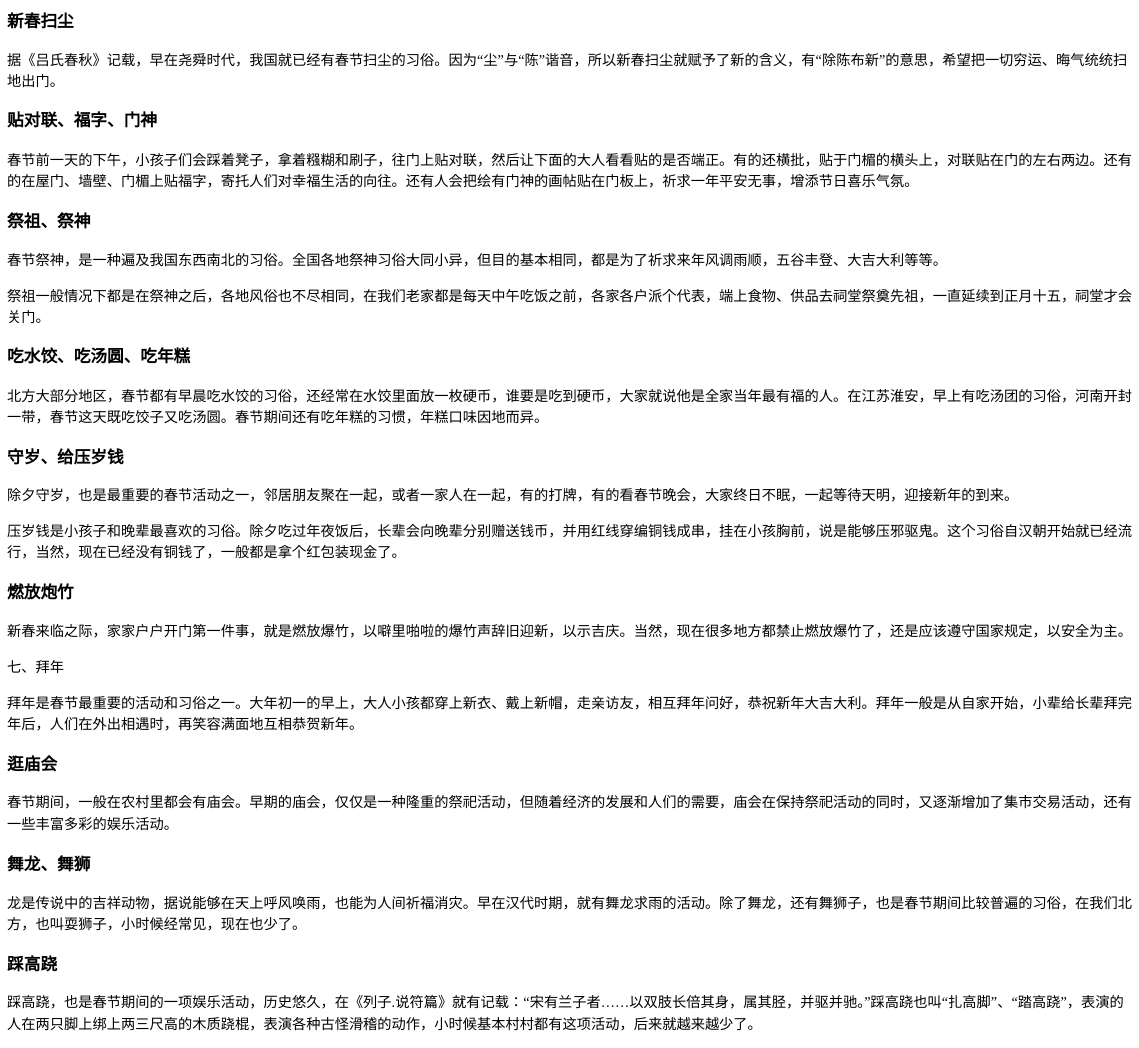
Repository: XueJie1/computer-operation-basics
Page: pages/springfes/customs.html
The author's editor kept a copy of each file at every save. The page is drawn from the files as they stood at one save, then again after the next save.
The browser window is 1280 px wide. The pictures show the whole page, at 89% of full size.

Above is the page before, as saved 2023-09-03 15:55:00.

### pages/springfes/customs.html
<h3>新春扫尘</h3>
<p>据《吕氏春秋》记载，早在尧舜时代，我国就已经有春节扫尘的习俗。因为“尘”与“陈”谐音，所以新春扫尘就赋予了新的含义，有“除陈布新”的意思，希望把一切穷运、晦气统统扫地出门。</p>
<h3>贴对联、福字、门神</h3>
<p>春节前一天的下午，小孩子们会踩着凳子，拿着糨糊和刷子，往门上贴对联，然后让下面的大人看看贴的是否端正。有的还横批，贴于门楣的横头上，对联贴在门的左右两边。还有的在屋门、墙壁、门楣上贴福字，寄托人们对幸福生活的向往。还有人会把绘有门神的画帖贴在门板上，祈求一年平安无事，增添节日喜乐气氛。
</p>
<h3>祭祖、祭神</h3>
<p>春节祭神，是一种遍及我国东西南北的习俗。全国各地祭神习俗大同小异，但目的基本相同，都是为了祈求来年风调雨顺，五谷丰登、大吉大利等等。</p>
<p>祭祖一般情况下都是在祭神之后，各地风俗也不尽相同，在我们老家都是每天中午吃饭之前，各家各户派个代表，端上食物、供品去祠堂祭奠先祖，一直延续到正月十五，祠堂才会关门。</p>
<h3>吃水饺、吃汤圆、吃年糕</h3>
<p>北方大部分地区，春节都有早晨吃水饺的习俗，还经常在水饺里面放一枚硬币，谁要是吃到硬币，大家就说他是全家当年最有福的人。在江苏淮安，早上有吃汤团的习俗，河南开封一带，春节这天既吃饺子又吃汤圆。春节期间还有吃年糕的习惯，年糕口味因地而异。
</p>
<h3>守岁、给压岁钱</h3>
<p>除夕守岁，也是最重要的春节活动之一，邻居朋友聚在一起，或者一家人在一起，有的打牌，有的看春节晚会，大家终日不眠，一起等待天明，迎接新年的到来。</p>
<p>压岁钱是小孩子和晚辈最喜欢的习俗。除夕吃过年夜饭后，长辈会向晚辈分别赠送钱币，并用红线穿编铜钱成串，挂在小孩胸前，说是能够压邪驱鬼。这个习俗自汉朝开始就已经流行，当然，现在已经没有铜钱了，一般都是拿个红包装现金了。</p>
<h3>燃放炮竹</h3>
<p>新春来临之际，家家户户开门第一件事，就是燃放爆竹，以噼里啪啦的爆竹声辞旧迎新，以示吉庆。当然，现在很多地方都禁止燃放爆竹了，还是应该遵守国家规定，以安全为主。</p>
<p>七、拜年</p>
<p>拜年是春节最重要的活动和习俗之一。大年初一的早上，大人小孩都穿上新衣、戴上新帽，走亲访友，相互拜年问好，恭祝新年大吉大利。拜年一般是从自家开始，小辈给长辈拜完年后，人们在外出相遇时，再笑容满面地互相恭贺新年。</p>
<h3>逛庙会</h3>
<p>春节期间，一般在农村里都会有庙会。早期的庙会，仅仅是一种隆重的祭祀活动，但随着经济的发展和人们的需要，庙会在保持祭祀活动的同时，又逐渐增加了集市交易活动，还有一些丰富多彩的娱乐活动。</p>
<h3>舞龙、舞狮</h3>
<p>龙是传说中的吉祥动物，据说能够在天上呼风唤雨，也能为人间祈福消灾。早在汉代时期，就有舞龙求雨的活动。除了舞龙，还有舞狮子，也是春节期间比较普遍的习俗，在我们北方，也叫耍狮子，小时候经常见，现在也少了。</p>
<h3>踩高跷</h3>
<p>踩高跷，也是春节期间的一项娱乐活动，历史悠久，在《列子.说符篇》就有记载：“宋有兰子者……以双肢长倍其身，属其胫，并驱并驰。”踩高跷也叫“扎高脚”、“踏高跷”，表演的人在两只脚上绑上两三尺高的木质跷棍，表演各种古怪滑稽的动作，小时候基本村村都有这项活动，后来就越来越少了。
</p>

After the next save:
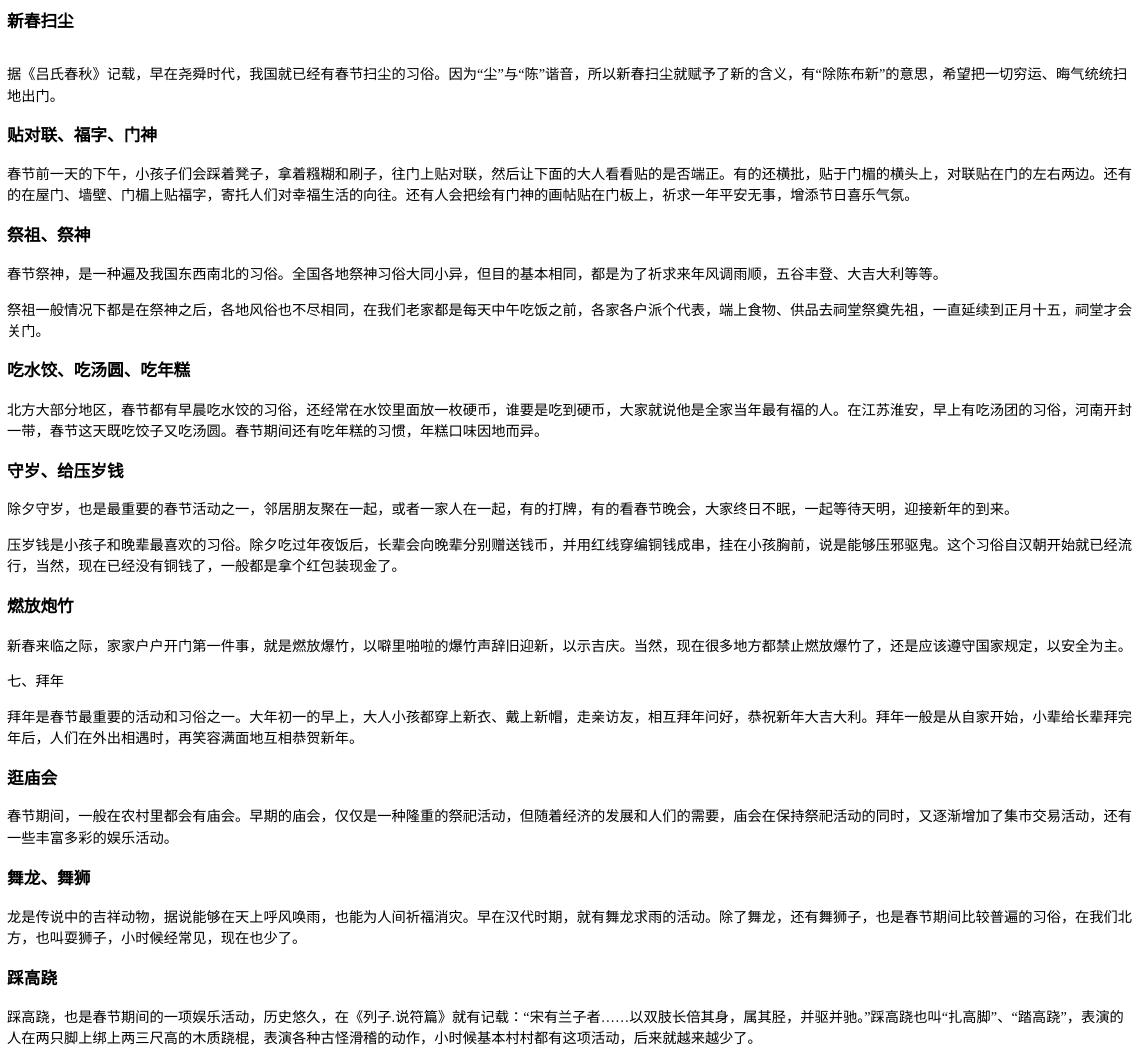
Saved 44 s later.
--- a/pages/springfes/customs.html
+++ b/pages/springfes/customs.html
@@ -1,25 +1,27 @@
 <h3>新春扫尘</h3>
-<p>据《吕氏春秋》记载，早在尧舜时代，我国就已经有春节扫尘的习俗。因为“尘”与“陈”谐音，所以新春扫尘就赋予了新的含义，有“除陈布新”的意思，希望把一切穷运、晦气统统扫地出门。</p>
-<h3>贴对联、福字、门神</h3>
-<p>春节前一天的下午，小孩子们会踩着凳子，拿着糨糊和刷子，往门上贴对联，然后让下面的大人看看贴的是否端正。有的还横批，贴于门楣的横头上，对联贴在门的左右两边。还有的在屋门、墙壁、门楣上贴福字，寄托人们对幸福生活的向往。还有人会把绘有门神的画帖贴在门板上，祈求一年平安无事，增添节日喜乐气氛。
-</p>
-<h3>祭祖、祭神</h3>
-<p>春节祭神，是一种遍及我国东西南北的习俗。全国各地祭神习俗大同小异，但目的基本相同，都是为了祈求来年风调雨顺，五谷丰登、大吉大利等等。</p>
-<p>祭祖一般情况下都是在祭神之后，各地风俗也不尽相同，在我们老家都是每天中午吃饭之前，各家各户派个代表，端上食物、供品去祠堂祭奠先祖，一直延续到正月十五，祠堂才会关门。</p>
-<h3>吃水饺、吃汤圆、吃年糕</h3>
-<p>北方大部分地区，春节都有早晨吃水饺的习俗，还经常在水饺里面放一枚硬币，谁要是吃到硬币，大家就说他是全家当年最有福的人。在江苏淮安，早上有吃汤团的习俗，河南开封一带，春节这天既吃饺子又吃汤圆。春节期间还有吃年糕的习惯，年糕口味因地而异。
-</p>
-<h3>守岁、给压岁钱</h3>
-<p>除夕守岁，也是最重要的春节活动之一，邻居朋友聚在一起，或者一家人在一起，有的打牌，有的看春节晚会，大家终日不眠，一起等待天明，迎接新年的到来。</p>
-<p>压岁钱是小孩子和晚辈最喜欢的习俗。除夕吃过年夜饭后，长辈会向晚辈分别赠送钱币，并用红线穿编铜钱成串，挂在小孩胸前，说是能够压邪驱鬼。这个习俗自汉朝开始就已经流行，当然，现在已经没有铜钱了，一般都是拿个红包装现金了。</p>
-<h3>燃放炮竹</h3>
-<p>新春来临之际，家家户户开门第一件事，就是燃放爆竹，以噼里啪啦的爆竹声辞旧迎新，以示吉庆。当然，现在很多地方都禁止燃放爆竹了，还是应该遵守国家规定，以安全为主。</p>
-<p>七、拜年</p>
-<p>拜年是春节最重要的活动和习俗之一。大年初一的早上，大人小孩都穿上新衣、戴上新帽，走亲访友，相互拜年问好，恭祝新年大吉大利。拜年一般是从自家开始，小辈给长辈拜完年后，人们在外出相遇时，再笑容满面地互相恭贺新年。</p>
-<h3>逛庙会</h3>
-<p>春节期间，一般在农村里都会有庙会。早期的庙会，仅仅是一种隆重的祭祀活动，但随着经济的发展和人们的需要，庙会在保持祭祀活动的同时，又逐渐增加了集市交易活动，还有一些丰富多彩的娱乐活动。</p>
-<h3>舞龙、舞狮</h3>
-<p>龙是传说中的吉祥动物，据说能够在天上呼风唤雨，也能为人间祈福消灾。早在汉代时期，就有舞龙求雨的活动。除了舞龙，还有舞狮子，也是春节期间比较普遍的习俗，在我们北方，也叫耍狮子，小时候经常见，现在也少了。</p>
-<h3>踩高跷</h3>
-<p>踩高跷，也是春节期间的一项娱乐活动，历史悠久，在《列子.说符篇》就有记载：“宋有兰子者……以双肢长倍其身，属其胫，并驱并驰。”踩高跷也叫“扎高脚”、“踏高跷”，表演的人在两只脚上绑上两三尺高的木质跷棍，表演各种古怪滑稽的动作，小时候基本村村都有这项活动，后来就越来越少了。
-</p>
+<div class="img">
+    <img src="" </div>
+    <p>据《吕氏春秋》记载，早在尧舜时代，我国就已经有春节扫尘的习俗。因为“尘”与“陈”谐音，所以新春扫尘就赋予了新的含义，有“除陈布新”的意思，希望把一切穷运、晦气统统扫地出门。</p>
+    <h3>贴对联、福字、门神</h3>
+    <p>春节前一天的下午，小孩子们会踩着凳子，拿着糨糊和刷子，往门上贴对联，然后让下面的大人看看贴的是否端正。有的还横批，贴于门楣的横头上，对联贴在门的左右两边。还有的在屋门、墙壁、门楣上贴福字，寄托人们对幸福生活的向往。还有人会把绘有门神的画帖贴在门板上，祈求一年平安无事，增添节日喜乐气氛。
+    </p>
+    <h3>祭祖、祭神</h3>
+    <p>春节祭神，是一种遍及我国东西南北的习俗。全国各地祭神习俗大同小异，但目的基本相同，都是为了祈求来年风调雨顺，五谷丰登、大吉大利等等。</p>
+    <p>祭祖一般情况下都是在祭神之后，各地风俗也不尽相同，在我们老家都是每天中午吃饭之前，各家各户派个代表，端上食物、供品去祠堂祭奠先祖，一直延续到正月十五，祠堂才会关门。</p>
+    <h3>吃水饺、吃汤圆、吃年糕</h3>
+    <p>北方大部分地区，春节都有早晨吃水饺的习俗，还经常在水饺里面放一枚硬币，谁要是吃到硬币，大家就说他是全家当年最有福的人。在江苏淮安，早上有吃汤团的习俗，河南开封一带，春节这天既吃饺子又吃汤圆。春节期间还有吃年糕的习惯，年糕口味因地而异。
+    </p>
+    <h3>守岁、给压岁钱</h3>
+    <p>除夕守岁，也是最重要的春节活动之一，邻居朋友聚在一起，或者一家人在一起，有的打牌，有的看春节晚会，大家终日不眠，一起等待天明，迎接新年的到来。</p>
+    <p>压岁钱是小孩子和晚辈最喜欢的习俗。除夕吃过年夜饭后，长辈会向晚辈分别赠送钱币，并用红线穿编铜钱成串，挂在小孩胸前，说是能够压邪驱鬼。这个习俗自汉朝开始就已经流行，当然，现在已经没有铜钱了，一般都是拿个红包装现金了。</p>
+    <h3>燃放炮竹</h3>
+    <p>新春来临之际，家家户户开门第一件事，就是燃放爆竹，以噼里啪啦的爆竹声辞旧迎新，以示吉庆。当然，现在很多地方都禁止燃放爆竹了，还是应该遵守国家规定，以安全为主。</p>
+    <p>七、拜年</p>
+    <p>拜年是春节最重要的活动和习俗之一。大年初一的早上，大人小孩都穿上新衣、戴上新帽，走亲访友，相互拜年问好，恭祝新年大吉大利。拜年一般是从自家开始，小辈给长辈拜完年后，人们在外出相遇时，再笑容满面地互相恭贺新年。</p>
+    <h3>逛庙会</h3>
+    <p>春节期间，一般在农村里都会有庙会。早期的庙会，仅仅是一种隆重的祭祀活动，但随着经济的发展和人们的需要，庙会在保持祭祀活动的同时，又逐渐增加了集市交易活动，还有一些丰富多彩的娱乐活动。</p>
+    <h3>舞龙、舞狮</h3>
+    <p>龙是传说中的吉祥动物，据说能够在天上呼风唤雨，也能为人间祈福消灾。早在汉代时期，就有舞龙求雨的活动。除了舞龙，还有舞狮子，也是春节期间比较普遍的习俗，在我们北方，也叫耍狮子，小时候经常见，现在也少了。</p>
+    <h3>踩高跷</h3>
+    <p>踩高跷，也是春节期间的一项娱乐活动，历史悠久，在《列子.说符篇》就有记载：“宋有兰子者……以双肢长倍其身，属其胫，并驱并驰。”踩高跷也叫“扎高脚”、“踏高跷”，表演的人在两只脚上绑上两三尺高的木质跷棍，表演各种古怪滑稽的动作，小时候基本村村都有这项活动，后来就越来越少了。
+    </p>
